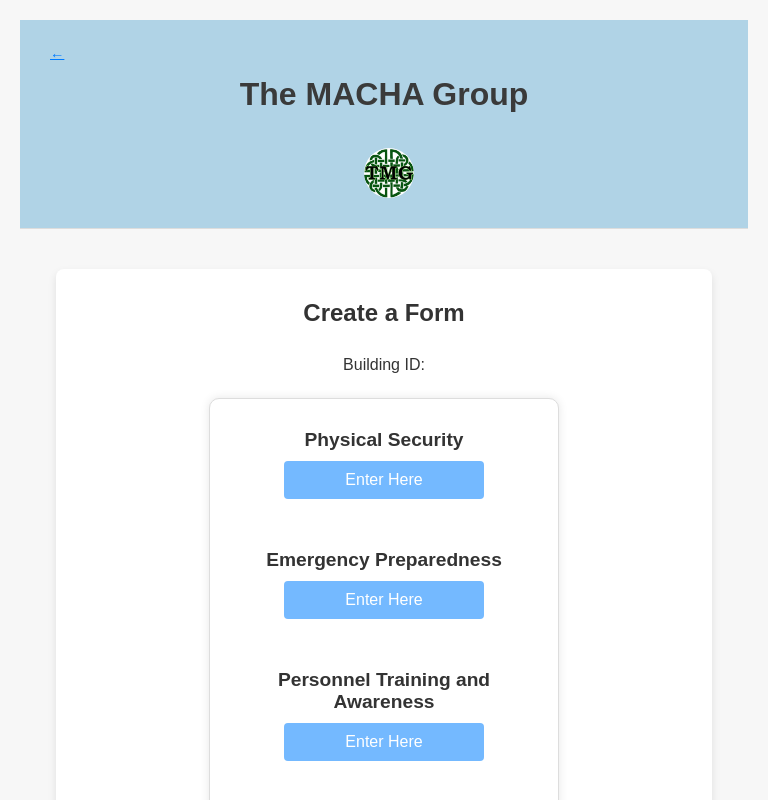
Repository: MachaGroup/MachaGroupIntegration
Page: /Form
These files come from the project's save history. The page is drawn as it stood at one moment and after the next save; the edit follows.
The browser window is 768 px wide. The pictures show the whole page.
An inner scrolling area shows only its first screen. The project was rebuilt for these pictures with package versions that can differ from the ones it lists, and the page was loaded fresh each time. Also part of the build but not shown: src/Screens/Login.js, src/Screens/MainScreen.js, src/Screens/AboutUs.js, src/Screens/FAQ.js, src/firebaseConfig.js, src/Screens/ContactUs.js, src/Screens/Settings.js, src/Screens/EditProfile.js and 301 more.

Above is the page before, as saved 2024-12-01 20:07:18.

### public/index.html
<!DOCTYPE html>
<html lang="en">
  <head>
    <meta charset="utf-8" />
    <link rel="icon" href="%PUBLIC_URL%/MachaLogo.png" />
    <meta name="viewport" content="width=device-width, initial-scale=1" />
    <meta name="theme-color" content="#000000" />
    <meta
      name="description"
      content="Web site created using create-react-app"
    />
    <link rel="apple-touch-icon" href="%PUBLIC_URL%/logo192.png" />
    <!--
      manifest.json provides metadata used when your web app is installed on a
      user's mobile device or desktop. See https://developers.google.com/web/fundamentals/web-app-manifest/
    -->
    <link rel="manifest" href="%PUBLIC_URL%/manifest.json" />
    <!--
      Notice the use of %PUBLIC_URL% in the tags above.
      It will be replaced with the URL of the `public` folder during the build.
      Only files inside the `public` folder can be referenced from the HTML.

      Unlike "/favicon.ico" or "favicon.ico", "%PUBLIC_URL%/favicon.ico" will
      work correctly both with client-side routing and a non-root public URL.
      Learn how to configure a non-root public URL by running `npm run build`.
    -->
    <title>Macha Group Web App</title>
  </head>
  <body>
    <noscript>You need to enable JavaScript to run this app.</noscript>
    <div id="root"></div>
    <!--
      This HTML file is a template.
      If you open it directly in the browser, you will see an empty page.

      You can add webfonts, meta tags, or analytics to this file.
      The build step will place the bundled scripts into the <body> tag.

      To begin the development, run `npm start` or `yarn start`.
      To create a production bundle, use `npm run build` or `yarn build`.
    -->
  </body>
</html>

### src/Screens/Login.css
/* Main container styling */
h1 {
  padding-bottom: 15px;
}

.logo{
  width: 300px;  /* Adjust size as needed */
  margin-bottom: 15px;  /* Spacing below the logo */
}
.login-container {
  display: flex;
  flex-direction: column;
  align-items: center;
  justify-content: center;
  height: 100vh;
  background-color: #f7f7f7;
  padding: 20px;
}
.password-container {
  position: relative;
  display: flex;
  align-items: center;
}

.password-container input {
  width: 100%;
  padding-right: 30px; /* Space for the eye icon */
}

.password-toggle {
  position: absolute;
  right: 10px;
  cursor: pointer;
  font-size: 1.2em;
  display: flex;
  align-items: center; /* Ensures icon centers vertically */
  height: 100%; /* Matches the height of the input for better alignment */
}


/* Form container */
form {
  display: flex;
  flex-direction: column;
  width: 350px; /* Increased width */
  background-color: #fff;
  padding: 30px; /* Increased padding */
  border: 1px solid #ddd;
  border-radius: 10px;
  box-shadow: 0 0 10px rgba(0, 0, 0, 0.1);
}

/* Form group */
.form-group {
  margin-bottom: 15px;
}

.form-group label {
  display: block;
  margin-bottom: 5px;
  color: #333;
}

.form-group input {
  width: 100%;
  padding: 10px;
  border: 1px solid #ccc;
  border-radius: 5px;
}

/* Button styling */
button {
  width: 100%;
  padding: 10px;
  background-color: #74b9ff;
  color: white;
  border: none;
  border-radius: 5px;
  cursor: pointer;
  font-size: 1em;
  margin-bottom: 10px; /* Spacing between buttons */
}

button:hover {
  background-color: #1b578c;
}

/* "or" text styling */
.or-text {
  text-align: center;
  color: #555;
  margin: 10px 0; /* Spacing between buttons */
  font-weight: bold;
}

/* Link and paragraph styling */
p {
  margin-top: 15px;
  color: #555;
  text-align: center;
}

a {
  color: #74b9ff;
  text-decoration: none;
}

a:hover {
  text-decoration: underline;
}

### src/Screens/FormInputPage.css
/* General Layout */
.form-page {
  display: flex;
  flex-direction: column;
  align-items: center;
  justify-content: flex-start;
  background-color: #f0f0f0;
  min-height: 100vh;
  padding: 20px;
  box-sizing: border-box;
}

/* Header Styling */
.header {
  display: flex;
  flex-direction: column;
  align-items: center;
  margin-bottom: 10px;
}

h1 {
  font-size: 2em;
  color: #333;
}

.logo {
  width: 50px;
  height: 50px;
  margin-top: 10px;
}

/* Back Button Styling */
.back-button-container {
  align-self: flex-start;
  margin-bottom: 20px;
}

.back-button {
  background: none;
  border: none;
  font-size: 2em;
  cursor: pointer;
  color: #333;
}

/* Form Container Styling */
.form-container {
  background-color: white;
  padding: 30px;
  border-radius: 8px;
  box-shadow: 0 4px 8px rgba(0, 0, 0, 0.1);
  width: 70%; /* Expanded to fit more screen width */
  max-width: 900px; /* Cap the width on large screens */
  box-sizing: border-box;
}

/* Form Sections */
.form-section {
  display: flex;
  flex-direction: column; /* Stack label above button */
  align-items: center; /* Center both the label and button */
  margin-bottom: 15px;
  width: 100%; /* Make sure the button takes the full container width */
}

.form-section label {
  font-size: 1em;
  color: #333;
  margin-bottom: 10px; /* Add space between the label and button */
  text-align: center; /* Center the label */
  width: 100%; /* Make the label take the full width */
}

/* Form Button Styling - Same as Save/Submit Buttons */
.form-button {
  width: 100%; /* Full width to match Save/Submit buttons */
  padding: 15px;
  background-color: #74b9ff; /* Matches Save/Submit buttons */
  color: white;
  border: none;
  border-radius: 4px;
  cursor: pointer;
  font-size: 1em;
  transition: background-color 0.3s ease;
}

.form-button:hover {
  background-color: #0984e3; /* Hover color */
}

/* Save Button Styling */
.save-button {
  width: 100%;
  padding: 15px;
  background-color: #74b9ff;
  color: white;
  border: none;
  border-radius: 4px;
  cursor: pointer;
  font-size: 1em;
  margin-top: 15px;
}

.save-button:hover {
  background-color: #0984e3;
}

/* Submit Button Styling */
.submit-button {
  width: 100%;
  padding: 15px;
  background-color: #74b9ff;
  color: white;
  border: none;
  border-radius: 4px;
  cursor: pointer;
  font-size: 1em;
  margin-top: 15px;
}

.submit-button:hover {
  background-color: #0984e3;
}

### src/Screens/AboutUs.css
/* General Page Styling */
.about-page {
    background-color: white; /* Set the background color to white */
    min-height: 100vh;
    padding: 20px;
    box-sizing: border-box;
  }

  /* Header Styling */
  .header {
    display: flex;
    justify-content: space-between; /* Align title to the left, logo to the right */
    align-items: center;
    width: 100%;
    padding: 20px;
    background-color: #b0d3e6;
    border-bottom: 1px solid #ddd;
  }

  .title {
    font-size: 2em;
    color: #333;
    margin: 0;
  }

  .logo {
    width: 100px;
    height: 100px;
    border-radius: 50%;
  }


  /* About Container Styling */
  .about-container {
    background-color: white;
    padding: 20px;
    border-radius: 10px;
    box-shadow: 0px 4px 10px rgba(0, 0, 0, 0.1);
    width: 100%;
    max-width: 800px;
    margin: 20px auto; /* Center the about section */
  }

  .back-button {
    margin-top: 20px; /* Add space between header and back button */
    background: none;
    border: none;
    font-size: 2em;
    cursor: pointer;
    color: #333;
    padding: 5px 10px;
    text-align: left; /* Align button to the left */
    padding-left: 20px; /* Add padding to the left */
  }

  h2 {
    text-align: center;
    margin-bottom: 20px;
    color: #333;
  }

  .about-content h3 {
    margin-top: 15px;
    color: #333;
  }

  ul {
    list-style-type: none;
    padding-left: 0;
  }

  ul li {
    margin: 5px 0;
  }

  p {
    margin: 10px 0;
    color: #333;
    line-height: 1.6;
  }

  strong {
    font-weight: bold;
  }

### src/Screens/Settings.css
/* General Page Styling */
.settings-page {
    background-color: white;
    min-height: 100vh;
    display: flex;
    flex-direction: column;
    align-items: center;
    padding: 20px;
    box-sizing: border-box;
  }

  /* Header Styling */
  .header {
    display: flex;
    justify-content: space-between;
    align-items: center;
    width: 100%;
    padding: 10px;
    background-color: #b0d3e6;
    box-sizing: border-box;
  }

  .back-button {
    background: none;
    border: none;
    font-size: 1.5em;
    cursor: pointer;
    color: #333;
  }

  .title {
    font-size: 1.8em;
    color: #333;
    margin: 0;
  }

  /* Settings Container */
  .settings-container {
    width: 100%;
    max-width: 600px; /* Adjust to control the container width */
    display: flex;
    flex-direction: column;
    align-items: center;
    justify-content: flex-start; /* Align items to the top */
    margin-top: 20px;
  }

  /* Profile Picture Container */
  .profile-pic-container {
    display: flex;
    flex-direction: column;
    align-items: center;
    margin-bottom: 20px;
  }

  /* Profile Picture */
  .profile-pic {
    width: 100px;
    height: 100px;
    border-radius: 50%;
    border: 2px solid #ccc;
    object-fit: cover;
  }

  /* File Input Below the Image */
  .file-input {
    margin-top: 10px;
  }

  /* Settings Buttons */
  .settings-options {
    width: 100%; /* Full width */
    display: flex;
    flex-direction: column;
    gap: 15px; /* Add space between buttons */
  }

  .settings-button {
    padding: 10px;
    background-color: #74b9ff;
    border: 1px solid #ccc;
    border-radius: 5px;
    cursor: pointer;
    font-size: 1.2em;
    transition: background-color 0.3s;
  }

  .settings-button:hover {
    background-color: #1b578c;
  }

  /* Log out Link */
  .logout-link {
    margin-top: 30px;
    color: #007bff;
    text-decoration: none;
    font-size: 1.2em;
  }

  .logout-link:hover {
    text-decoration: underline;
  }

### src/Screens/Pricing.css
/* General Reset */
* {
    margin: 0;
    padding: 0;
    box-sizing: border-box;
  }

  /* Container */
  .pricing-container {
    width: 100%;
    text-align: center;
    padding: 20px;
  }

  /* Header */
  .header {
    display: flex;
    justify-content: space-between;
    align-items: center;
    padding: 15px;
    background-color: #b0d3e6;
  }

  .title {
    font-size: 2em;
    color: #333;
  }

  .logo {
    width: 100px;
    height: 100px;
  }

  .back-button {
    background: none;
    border: none;
    font-size: 1.8em;
    cursor: pointer;
    color: #333;
  }

  /* Pricing Plans */
  .pricing-plans {
    display: flex;
    justify-content: space-between;
    margin: 20px 0;
    flex-wrap: wrap;
  }

  .pricing-card {
    background-color: #f0f4f8;
    padding: 20px;
    width: 30%;
    border-radius: 10px;
    box-shadow: 0px 4px 8px rgba(0, 0, 0, 0.1);
    text-align: center;
  }

  .pricing-card h2 {
    font-size: 1.5em;
    margin-bottom: 10px;
  }

  .pricing-card h3 {
    font-size: 2em;
    margin-bottom: 10px;
  }

  .pricing-card ul {
    list-style: none;
    margin-bottom: 10px;
  }

  .pricing-card ul li {
    font-size: 1em;
    margin-bottom: 5px;
  }

  .get-started {
    background-color: #4CAF50;
    color: white;
    padding: 10px 15px;
    border: none;
    border-radius: 5px;
    cursor: pointer;
    transition: background-color 0.3s;
  }

  .get-started:hover {
    background-color: #45a049;
  }

  /* Comparison Table */
  .comparison-table {
    margin: 20px 0;
    overflow-x: auto; /* Add horizontal scrolling on small screens */
  }

  table {
    width: 100%;
    border-collapse: collapse;
    table-layout: fixed; /* Ensure table columns have equal width */
  }

  th, td {
    padding: 15px;
    border: 1px solid #ddd;
    text-align: center;
    white-space: nowrap; /* Prevent text from wrapping in table cells */
  }

  th {
    background-color: #f0f4f8;
    font-weight: bold;
  }

  td {
    background-color: #ffffff;
  }

  table th, table td {
    min-width: 120px; /* Set a minimum width for each column */
  }

  @media (max-width: 768px) {
    .pricing-plans {
      flex-direction: column; /* Stack plans vertically on small screens */
    }

    .pricing-card {
      width: 100%; /* Make pricing cards take full width on mobile */
      margin-bottom: 20px;
    }
  }

### src/Screens/PhysicalSecurity.css
/* General Page Styling */
.form-page {
    background-color: white;
    min-height: 100vh;
    display: flex;
    flex-direction: column;
    align-items: center;
    padding: 20px;
    box-sizing: border-box;
  }

  /* Header Styling */
  .header {
    display: flex;
    justify-content: space-between;
    align-items: center;
    width: 100%;
    padding: 10px;
    background-color: #b0d3e6;
    box-sizing: border-box;
  }

  .back-button {
    background: none;
    border: none;
    font-size: 1.5em;
    cursor: pointer;
    color: #333;
  }

  .title {
    font-size: 1.8em;
    color: #333;
    margin: 0;
  }

  /* Form Container Styling */
  .form-container {
    width: 100%;
    max-width: 600px;
    display: flex;
    flex-direction: column;
    align-items: center;
    margin-top: 20px;
  }

  /* Form Section Styling */
  .form-section {
    width: 100%;
    margin-bottom: 20px;
    display: flex;
    flex-direction: column;
    align-items: center;
  }

  .form-section label {
    font-size: 1.2em;
    margin-bottom: 10px;
    color: #333;
  }

  /* Button Styling */
  .form-button {
    width: 200px;
    padding: 10px;
    background-color: #4CAF50; /* Green background */
    color: white; /* White text */
    border: none;
    border-radius: 5px;
    cursor: pointer;
    font-size: 1em;
    transition: background-color 0.3s, transform 0.2s;
  }

  .form-button:hover {
    background-color: #45a049; /* Darker green on hover */
    transform: scale(1.05); /* Slightly enlarge on hover */
  }

### src/Screens/AccessControl.css
/* General Page Styling */
.form-page {
    background-color: white;
    min-height: 100vh;
    display: flex;
    flex-direction: column;
    align-items: center;
    padding: 20px;
    box-sizing: border-box;
  }

  /* Header Styling */
  .header {
    display: flex;
    justify-content: space-between;
    align-items: center;
    width: 100%;
    padding: 10px;
    background-color: #b0d3e6;
    box-sizing: border-box;
  }

  .back-button {
    background: none;
    border: none;
    font-size: 1.5em;
    cursor: pointer;
    color: #333;
  }

  .title {
    font-size: 1.8em;
    color: #333;
    margin: 0;
  }

  /* Form Container Styling */
  .form-container {
    width: 100%;
    max-width: 600px;
    display: flex;
    flex-direction: column;
    align-items: center;
    margin-top: 20px;
  }

  /* Form Section Styling */
  .form-section {
    width: 100%;
    margin-bottom: 20px;
    display: flex;
    flex-direction: column;
    align-items: center;
  }

  .form-section label {
    font-size: 1.2em;
    margin-bottom: 10px;
    color: #333;
  }

  /* Button Styling */
  .form-button {
    width: 200px;
    padding: 10px;
    background-color: #4CAF50; /* Green background */
    color: white; /* White text */
    border: none;
    border-radius: 5px;
    cursor: pointer;
    font-size: 1em;
    transition: background-color 0.3s, transform 0.2s;
  }

  .form-button:hover {
    background-color: #45a049; /* Darker green on hover */
    transform: scale(1.05); /* Slightly enlarge on hover */
  }

### src/Screens/FormQuestions.css
/* General Layout */
.form-page {
    display: flex;
    flex-direction: column;
    align-items: center;
    justify-content: flex-start;
    background-color: #f7f7f7;
    min-height: 100vh;
    padding: 20px;
    box-sizing: border-box;
    font-family: Arial, sans-serif;
    position: relative; /* Allow positioning of navbar */
}

/* Header Styling */
.header {
    display: flex;
    align-items: center;
    justify-content: space-between; /* Align items on the left and right */
    width: 100%;
    margin-bottom: 20px;
    position: relative; /* Ensure navbar is correctly aligned */
}

h1 {
    font-size: 2em;
    color: #333;
    text-align: center;
    flex-grow: 1; /* Push logo and navbar apart */
}

.logo {
    width: 50px;
    height: 50px;
    margin-left: 10px;
}

/* Navbar Styles */
.navbar {
    position: absolute;
    top: 0;
    right: 20px;
    display: flex;
    flex-direction: column;
    align-items: flex-end;
    z-index: 1000;
}

.menu-button {
    display: flex;
    flex-direction: column;
    justify-content: space-between;
    width: 30px;
    height: 25px;
    background: none;
    border: none;
    cursor: pointer;
}

.menu-button div {
    height: 4px;
    background-color: #333;
    border-radius: 2px;
    transition: transform 0.3s;
}

.menu {
    display: none;
    position: absolute;
    top: 40px;
    right: 0;
    background-color: #fff;
    border: 1px solid #ddd;
    border-radius: 5px;
    box-shadow: 0 2px 5px rgba(0, 0, 0, 0.15);
    width: 200px;
    z-index: 1000;
}

.menu.open {
    display: block;
}

/* Section Styles */
.section-title {
    padding: 10px 15px;
    cursor: pointer;
    font-weight: bold;
    color: #333;
    text-decoration: none;
}

.section-title:hover {
    background-color: #f4f4f4;
}

.sub-menu {
    display: none;
    padding-left: 15px;
}

.sub-menu.open {
    display: block;
}

.sub-menu li {
    padding: 5px 15px;
}

.sub-menu li a {
    color: #555;
    text-decoration: none;
}

.sub-menu li a:hover {
    text-decoration: underline;
}

/* Back Button Styling */
.back-button {
    background: none;
    border: none;
    font-size: 1.5em;
    cursor: pointer;
    color: #333;
}

.back-button:hover {
    color: #0984e3;
}

/* Form Container Styling */
.form-container {
    background-color: white;
    padding: 30px;
    border-radius: 8px;
    box-shadow: 0 4px 8px rgba(0, 0, 0, 0.1);
    width: 100%;
    max-width: 900px;
    box-sizing: border-box;
    margin-bottom: 20px;
}

/* Responsiveness */
@media (max-width: 768px) {
    .form-container {
        width: 90%;
        padding: 20px;
    }

    h1 {
        font-size: 1.5em;
    }

    .navbar {
        top: 10px;
        right: 10px;
    }

    .menu {
        width: 90%;
        left: 5%;
        right: auto;
    }
}

### src/Screens/CreateanAccount.css
/* Main container for the form */
.create-account-container {
  display: flex;
  flex-direction: column;
  align-items: center;
  padding: 20px;
  font-family: Arial, sans-serif;
}

/* Back button styling */
.back-button {
  align-self: flex-start;
  font-size: 24px;
  background: none;
  border: none;
  cursor: pointer;
  color: #333;
  margin-bottom: 10px;
}

/* Title styling */
.create-account-title {
  font-size: 32px;
  font-weight: bold;
  color: #4A79E8;
  margin-bottom: 20px;
}

/* Form styling */
.account-form {
  width: 100%;
  max-width: 500px;
  display: flex;
  flex-direction: column;
  align-items: center;
  border: 1px solid #ddd;
  padding: 20px;
  border-radius: 8px;
  background-color: #f9f9f9;
  box-shadow: 0px 4px 8px rgba(0, 0, 0, 0.1);
}

/* Grouping each input field with label */
.form-group {
  width: 100%;
  margin-bottom: 20px;
}

label {
  font-weight: bold;
  margin-bottom: 5px;
  display: block;
  color: #333;
}

input {
  width: 100%;
  padding: 10px;
  font-size: 16px;
  border: 1px solid #ddd;
  border-radius: 5px;
  box-sizing: border-box;
}

/* Styling for the address section */
.address-section {
  width: 100%;
  margin-top: 20px;
}

.address-section h3 {
  font-weight: bold;
  margin-bottom: 10px;
  color: #4A79E8;
}

/* Grid styling for the address input fields */
.address-inputs {
  display: grid;
  grid-template-columns: 1fr 1fr;
  gap: 15px;
  width: 100%;
}

/* Full-width button styling */
.create-account-button {
  width: 100%;
  padding: 10px;
  margin-top: 20px;
  background-color: #4A79E8;
  color: white;
  font-weight: bold;
  font-size: 18px;
  border: none;
  border-radius: 5px;
  cursor: pointer;
  transition: background-color 0.3s ease;
}

.create-account-button:hover {
  background-color: #3a5bb5;
}

/* Link styling */
.skip-link, .cancel-link {
  color: #4A79E8;
  text-decoration: none;
  margin-top: 10px;
  font-size: 14px;
  cursor: pointer;
}

.skip-link:hover, .cancel-link:hover {
  text-decoration: underline;
}

### src/Screens/ForgotPassword.css
.forgot-password-page {
    display: flex;
    flex-direction: column; /* Ensure content stacks vertically */
    align-items: center; /* Horizontally center all child elements */
    height: 100vh; /* Full viewport height */
    background-color: #f8f9fa;
    margin: 0; /* Reset any margin */
    padding: 10px; /* Add padding for small screens */
    box-sizing: border-box;
}

.logo {
    height: 50px;
    margin-top: 20px; /* Space between the top and the logo */
    margin-bottom: 20px;
}

h2 {
    margin-top: 10px;
    font-size: 1.5rem;
    font-weight: bold;
    text-align: center; /* Ensure heading is centered */
}

.forgot-password-container {
    display: flex;
    flex-direction: column;
    justify-content: center; /* Center the form content vertically */
    align-items: center; /* Center the form content horizontally */
    background: #fff;
    padding: 20px;
    border-radius: 8px;
    box-shadow: 0 4px 8px rgba(0, 0, 0, 0.1);
    width: 100%;
    max-width: 400px; /* Limit width on larger screens */
    box-sizing: border-box;
}

p {
    font-size: 1rem;
    margin-bottom: 20px;
}

.form-group {
    margin-bottom: 15px;
    text-align: center;
}

input {
    width: 100%;
    padding: 10px;
    margin-top: 5px;
    border: 1px solid #ccc;
    border-radius: 4px;
    font-size: 1rem;
}

.reset-button {
    width: 100%;
    padding: 10px;
    background-color: #007bff;
    color: white;
    border: none;
    border-radius: 4px;
    cursor: pointer;
    font-size: 1rem;
}

.reset-button:hover {
    background-color: #0056b3;
}

.message {
    margin-top: 10px;
    color: #28a745;
}

.back-button {
    margin-top: 10px;
    background: none;
    border: none;
    color: #007bff;
    text-decoration: underline;
    cursor: pointer;
    font-size: 0.9rem;
}

@media (max-width: 600px) {
    .forgot-password-container {
        padding: 15px;
    }

    .logo {
        height: 40px;
    }

    h2 {
        font-size: 1.25rem;
    }

    input, .reset-button {
        padding: 8px;
        font-size: 0.9rem;
    }

    .back-button {
        font-size: 0.8rem;
    }
}

Loaded but not shown: src/index.js (common file); src/index.css (common file); src/reportWebVitals.js (common file); src/App.css (common file); src/App.js (746 lines, source omitted); src/Screens/FormInputPage.js (102 lines, source omitted); src/Context/BuildingContext.js (76 lines, source omitted); src/Screens/SurveillanceSystems.css (181 lines, source omitted); src/Screens/ContactUs.css (136 lines, source omitted); src/Screens/FAQ.css (125 lines, source omitted); src/Screens/MainScreen.css (125 lines, source omitted)

After the next save:
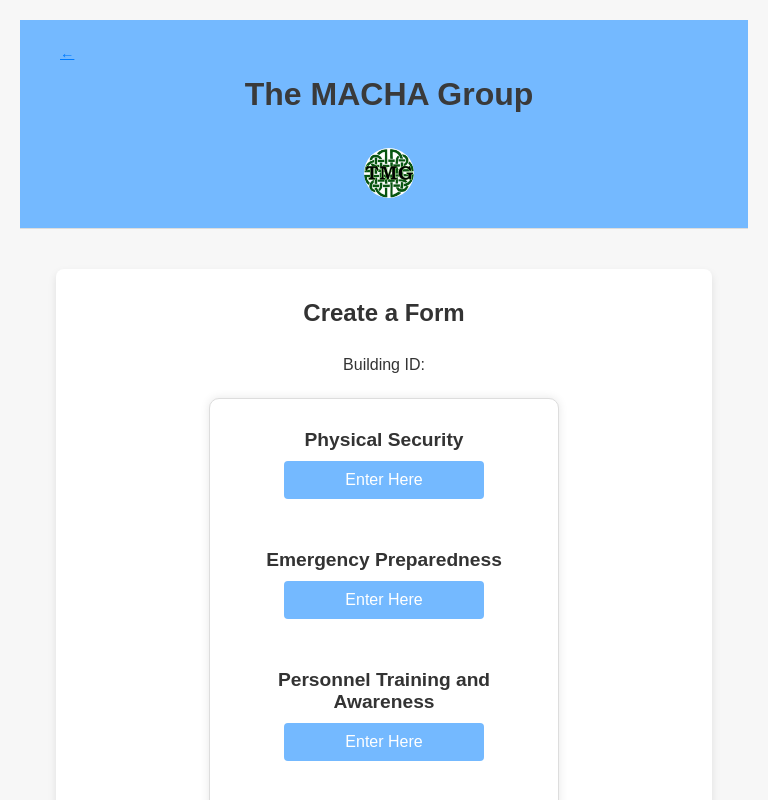
Saved 62 s later.
--- a/src/Screens/FormQuestions.css
+++ b/src/Screens/FormQuestions.css
@@ -9,41 +9,39 @@
     padding: 20px;
     box-sizing: border-box;
     font-family: Arial, sans-serif;
-    position: relative; /* Allow positioning of navbar */
 }
 
 /* Header Styling */
 .header {
     display: flex;
     align-items: center;
-    justify-content: space-between; /* Align items on the left and right */
+    justify-content: space-between; /* Align content left and right */
     width: 100%;
-    margin-bottom: 20px;
-    position: relative; /* Ensure navbar is correctly aligned */
+    background-color: #74b9ff; /* Blue background color */
+    color: white;
+    padding: 10px 20px; /* Add padding for spacing */
+    box-sizing: border-box;
 }
 
 h1 {
-    font-size: 2em;
-    color: #333;
+    font-size: 1.8em;
+    color: white;
+    margin: 0; /* Remove default margin */
+    flex-grow: 1; /* Allow title to take up space */
     text-align: center;
-    flex-grow: 1; /* Push logo and navbar apart */
 }
 
 .logo {
     width: 50px;
     height: 50px;
-    margin-left: 10px;
 }
 
-/* Navbar Styles */
+/* Navbar Styling */
 .navbar {
-    position: absolute;
-    top: 0;
-    right: 20px;
     display: flex;
-    flex-direction: column;
-    align-items: flex-end;
-    z-index: 1000;
+    align-items: center;
+    justify-content: flex-end; /* Align to the right */
+    position: relative;
 }
 
 .menu-button {
@@ -59,7 +57,7 @@
 
 .menu-button div {
     height: 4px;
-    background-color: #333;
+    background-color: white; /* White bars for contrast */
     border-radius: 2px;
     transition: transform 0.3s;
 }
@@ -81,85 +79,27 @@
     display: block;
 }
 
-/* Section Styles */
-.section-title {
-    padding: 10px 15px;
-    cursor: pointer;
-    font-weight: bold;
-    color: #333;
-    text-decoration: none;
-}
-
-.section-title:hover {
-    background-color: #f4f4f4;
-}
-
-.sub-menu {
-    display: none;
-    padding-left: 15px;
-}
-
-.sub-menu.open {
-    display: block;
-}
-
-.sub-menu li {
-    padding: 5px 15px;
-}
-
-.sub-menu li a {
-    color: #555;
-    text-decoration: none;
-}
-
-.sub-menu li a:hover {
-    text-decoration: underline;
-}
-
 /* Back Button Styling */
 .back-button {
     background: none;
     border: none;
     font-size: 1.5em;
     cursor: pointer;
-    color: #333;
+    color: white;
+    margin-right: 10px; /* Add spacing */
 }
 
 .back-button:hover {
-    color: #0984e3;
-}
-
-/* Form Container Styling */
-.form-container {
-    background-color: white;
-    padding: 30px;
-    border-radius: 8px;
-    box-shadow: 0 4px 8px rgba(0, 0, 0, 0.1);
-    width: 100%;
-    max-width: 900px;
-    box-sizing: border-box;
-    margin-bottom: 20px;
+    color: #dfe6e9;
 }
 
 /* Responsiveness */
 @media (max-width: 768px) {
-    .form-container {
-        width: 90%;
-        padding: 20px;
+    .header {
+        flex-wrap: wrap;
     }
 
     h1 {
-        font-size: 1.5em;
-    }
-
-    .navbar {
-        top: 10px;
-        right: 10px;
-    }
-
-    .menu {
-        width: 90%;
-        left: 5%;
-        right: auto;
+        font-size: 1.2em;
     }
 }
